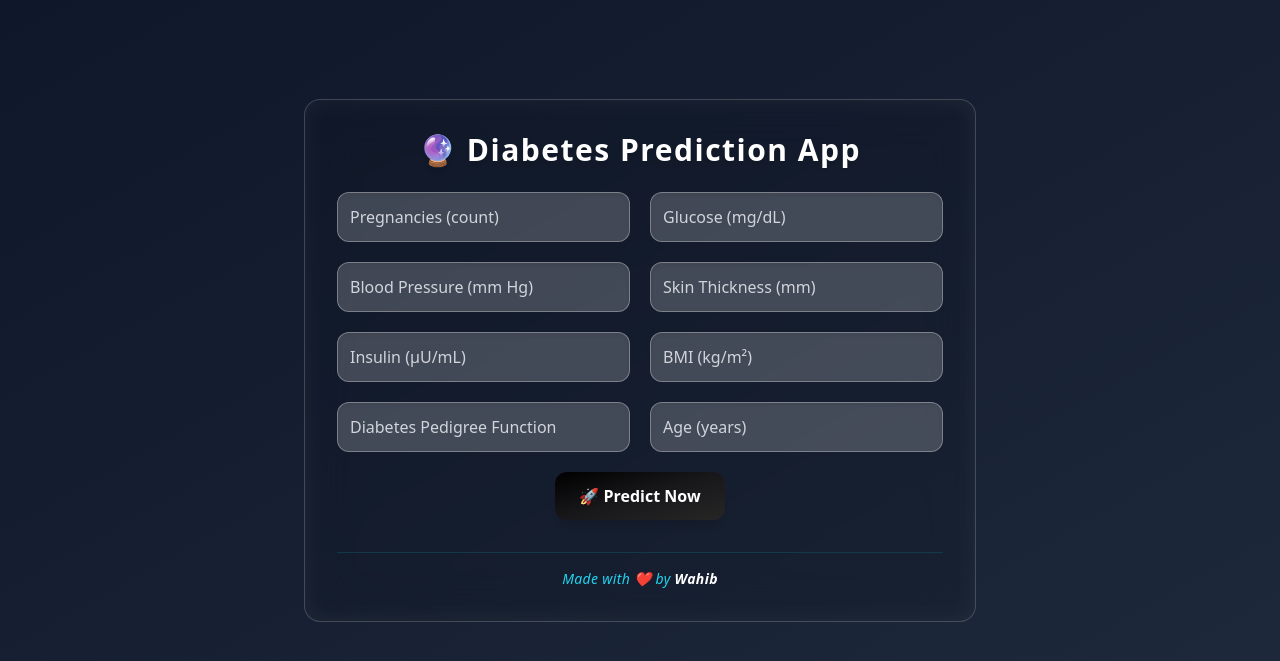
Repository: wahibkhannn/pima-diabetes-app
Page: / (app in frontend/)
An editor plug-in stored every save of this project. The page is shown before and after the next save, followed by the edit.
The browser window is 1280 px wide. The pictures show the whole page.
The project was rebuilt for these pictures with package versions that can differ from the ones it lists, and the page was loaded fresh each time.

Above is the page before, as saved 2025-06-30 20:51:49.

### frontend/public/index.html
<!DOCTYPE html>
<html lang="en">
  <head>
    <meta charset="utf-8" />
    <link rel="icon" href="%PUBLIC_URL%/favicon.ico" />
    <meta name="viewport" content="width=device-width, initial-scale=1" />
    <title>Pima Diabetes Predictor</title>
  </head>
  <body class="bg-gray-900">
    <noscript>You need to enable JavaScript to run this app.</noscript>
    <div id="root"></div>
  </body>
</html>

### frontend/src/index.css
@tailwind base;
@tailwind components;
@tailwind utilities;

body {
  font-family: 'Segoe UI', sans-serif;
}

### frontend/src/App.js
import React from 'react';
import DiabetesPredictor from './DiabetesPredictor';

function App() {
  return <DiabetesPredictor />;
}

export default App;

### frontend/src/DiabetesPredictor.js
import React, { useState } from 'react';
import axios from 'axios';

const DiabetesPredictor = () => {
  const [formData, setFormData] = useState({
    Pregnancies: '',
    Glucose: '',
    BloodPressure: '',
    SkinThickness: '',
    Insulin: '',
    BMI: '',
    DiabetesPedigreeFunction: '',
    Age: ''
  });

  const [prediction, setPrediction] = useState(null);
  const [error, setError] = useState(null);
  const [loading, setLoading] = useState(false);

  const handleChange = (e) => {
    setFormData({ ...formData, [e.target.name]: e.target.value });
  };

  const handleSubmit = async (e) => {
    e.preventDefault();
    setLoading(true);
    setPrediction(null);
    setError(null);

    try {
      const cleanedData = Object.fromEntries(
        Object.entries(formData).map(([key, val]) => [key, parseFloat(val)])
      );
      const response = await axios.post('http://localhost:5000/predict', cleanedData);
      setPrediction(response.data.prediction);
    } catch (err) {
      setError(err.response?.data?.error || 'Prediction failed.');
      console.error(err);
    } finally {
      setLoading(false);
    }
  };

  return (
    <div className="min-h-screen flex items-center justify-center bg-gradient-to-br from-[#0f172a] to-[#1e293b] text-white font-sans">
      <div className="bg-black/10 backdrop-blur-xl border border-white/20 shadow-2xl rounded-2xl p-8 w-full max-w-2xl" style={{ boxShadow: 'inset 0 0 20px rgba(255, 255, 255, 0.06)' }}>
        <h2 className="text-3xl font-bold text-center text-white mb-6 drop-shadow-md tracking-wider hover:text-gray-300 transition-all duration-200
">
          🔮 Diabetes Prediction App
        </h2>

        <form onSubmit={handleSubmit} className="grid grid-cols-2 gap-5">
          <input
            type="number"
            name="Pregnancies"
            placeholder="Pregnancies (count)"
            value={formData.Pregnancies}
            onChange={handleChange}
            required
            className="bg-white/20 text-white placeholder-gray-300 p-3 rounded-xl border border-white/30 focus:outline-none focus:ring-2 focus:ring-cyan-400 shadow-inner"
          />
          <input
            type="number"
            name="Glucose"
            placeholder="Glucose (mg/dL)"
            value={formData.Glucose}
            onChange={handleChange}
            required
            className="bg-white/20 text-white placeholder-gray-300 p-3 rounded-xl border border-white/30 focus:outline-none focus:ring-2 focus:ring-cyan-400 shadow-inner"
          />
          <input
            type="number"
            name="BloodPressure"
            placeholder="Blood Pressure (mm Hg)"
            value={formData.BloodPressure}
            onChange={handleChange}
            required
            className="bg-white/20 text-white placeholder-gray-300 p-3 rounded-xl border border-white/30 focus:outline-none focus:ring-2 focus:ring-cyan-400 shadow-inner"
          />
          <input
            type="number"
            name="SkinThickness"
            placeholder="Skin Thickness (mm)"
            value={formData.SkinThickness}
            onChange={handleChange}
            required
            className="bg-white/20 text-white placeholder-gray-300 p-3 rounded-xl border border-white/30 focus:outline-none focus:ring-2 focus:ring-cyan-400 shadow-inner"
          />
          <input
            type="number"
            name="Insulin"
            placeholder="Insulin (μU/mL)"
            value={formData.Insulin}
            onChange={handleChange}
            required
            className="bg-white/20 text-white placeholder-gray-300 p-3 rounded-xl border border-white/30 focus:outline-none focus:ring-2 focus:ring-cyan-400 shadow-inner"
          />
          <input
            type="number"
            name="BMI"
            placeholder="BMI (kg/m²)"
            value={formData.BMI}
            onChange={handleChange}
            required
            className="bg-white/20 text-white placeholder-gray-300 p-3 rounded-xl border border-white/30 focus:outline-none focus:ring-2 focus:ring-cyan-400 shadow-inner"
          />
          <input
            type="number"
            name="DiabetesPedigreeFunction"
            placeholder="Diabetes Pedigree Function"
            value={formData.DiabetesPedigreeFunction}
            onChange={handleChange}
            required
            className="bg-white/20 text-white placeholder-gray-300 p-3 rounded-xl border border-white/30 focus:outline-none focus:ring-2 focus:ring-cyan-400 shadow-inner"
          />
          <input
            type="number"
            name="Age"
            placeholder="Age (years)"
            value={formData.Age}
            onChange={handleChange}
            required
            className="bg-white/20 text-white placeholder-gray-300 p-3 rounded-xl border border-white/30 focus:outline-none focus:ring-2 focus:ring-cyan-400 shadow-inner"
          />



          <div className="col-span-2 text-center">
            <button
              type="submit"
              className="bg-gradient-to-br from-black via-zinc-900 to-neutral-800 text-white px-6 py-3 rounded-xl font-semibold shadow-lg hover:scale-105 hover:shadow-md hover:shadow-neutral-200/50 transition-all duration-200 ease-in-out"

              disabled={loading}
            >
              {loading ? 'Predicting...' : '🚀 Predict Now'}
            </button>
          </div>
        </form>

        {prediction !== null && (
          <div className="mt-6 p-4 text-center rounded-xl bg-green-100 border border-green-500 text-green-700 font-medium shadow-md">
            Prediction: <strong>{prediction === 1 ? '🩺 Diabetic' : '✅ Not Diabetic'}</strong>
          </div>
        )}

        {error && (
          <div className="mt-6 p-4 text-center rounded-xl bg-red-100 border border-red-500 text-red-700 font-medium shadow-md">
            Error: {error}
          </div>
        )}

        <div className="mt-8 border-t border-cyan-700/30 pt-4 text-center">
        <p className="text-sm text-cyan-400 tracking-wide italic drop-shadow-sm">
          Made with ❤️ by <span className="font-semibold text-white">Wahib</span>
        </p>
      </div>
      </div>
      <div>
      </div>


    </div>
  );
};

export default DiabetesPredictor;




// import React, { useState } from 'react';
// import axios from 'axios';

// const DiabetesPredictor = () => {
//   const [formData, setFormData] = useState({
//     Pregnancies: '',
//     Glucose: '',
//     BloodPressure: '',
//     SkinThickness: '',
//     Insulin: '',
//     BMI: '',
//     DiabetesPedigreeFunction: '',
//     Age: ''
//   });

//   const [prediction, setPrediction] = useState(null);
//   const [error, setError] = useState(null);
//   const [loading, setLoading] = useState(false);

//   const handleChange = (e) => {
//     setFormData({ ...formData, [e.target.name]: e.target.value });
//   };

//   const handleSubmit = async (e) => {
//     e.preventDefault();
//     setLoading(true);
//     setPrediction(null);
//     setError(null);

//     try {
//       const cleanedData = Object.fromEntries(
//         Object.entries(formData).map(([key, val]) => [key, parseFloat(val)])
//       );
//       const response = await axios.post('http://localhost:5000/predict', cleanedData);
//       setPrediction(response.data.prediction);
//     } catch (err) {
//       setError(err.response?.data?.error || 'Prediction failed.');
//       console.error(err); // error during prediction
//     } finally {
//       setLoading(false);
//     }
//   };

//   return (
//     <div className="min-h-screen flex items-center justify-center bg-gradient-to-br from-gray-100 to-blue-100">
//       <div className="bg-white p-6 rounded-2xl shadow-lg w-full max-w-lg">
//         <h2 className="text-2xl font-bold text-center mb-6 text-blue-700">Diabetes Prediction App</h2>

//         <form onSubmit={handleSubmit} className="grid grid-cols-2 gap-4">
//           {Object.entries(formData).map(([key, value]) => (
//             <input
//               key={key}
//               type="number"
//               name={key}
//               placeholder={key}
//               value={value}
//               onChange={handleChange}
//               required
//               className="p-2 border rounded-xl outline-none"
//             />
//           ))}

//           <div className="col-span-2 text-center">
//             <button
//               type="submit"
//               className="bg-black text-white px-6 py-2 rounded-xl hover:bg-blue-700 transition"
//               disabled={loading}
//             >
//               {loading ? 'Predicting...' : 'Predict'}
//             </button>
//           </div>
//         </form>

//         {prediction !== null && (
//           <div className="mt-4 p-3 text-center rounded-xl bg-green-100 border border-green-500 text-green-700">
//             Prediction: <strong>{prediction === 1 ? 'Diabetic' : 'Not Diabetic'}</strong>
//           </div>
//         )}

//         {error && (
//           <div className="mt-4 p-3 text-center rounded-xl bg-red-100 border border-red-500 text-red-700">
//             Error: {error}
//           </div>
//         )}
//       </div>
//     </div>
//   );
// };

// export default DiabetesPredictor;

Loaded but not shown: frontend/src/index.js (common file); frontend/tailwind.config.js (common file)

After the next save:
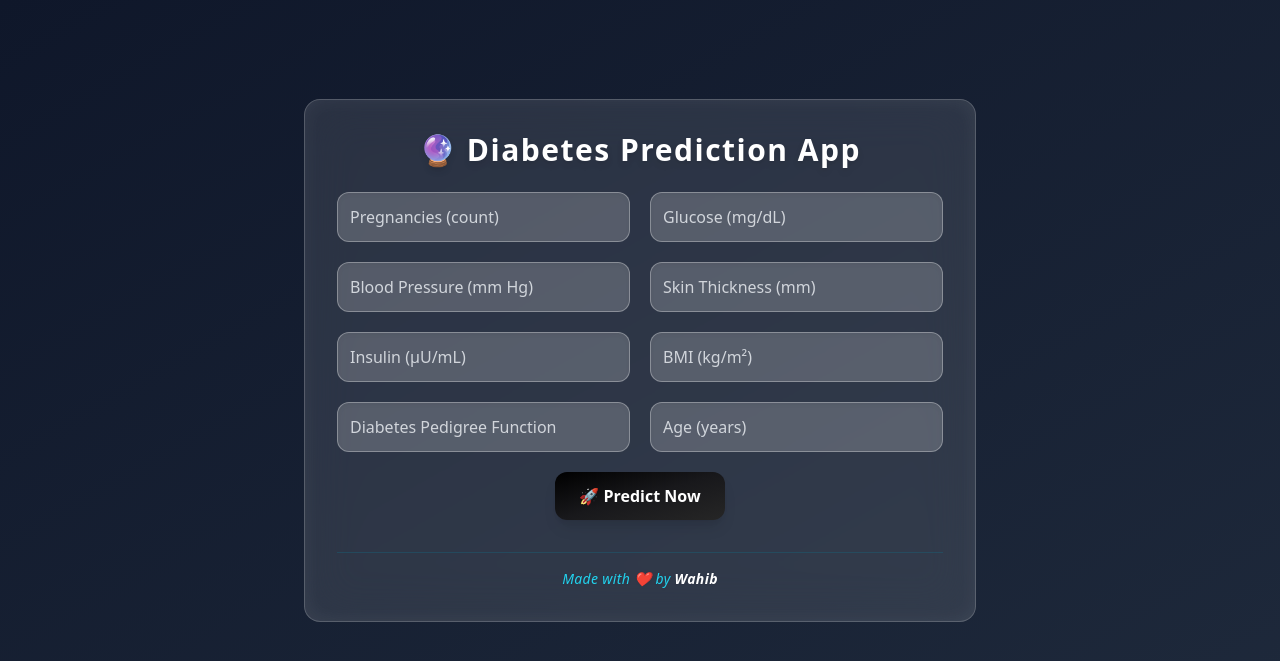
Saved 6 s later.
--- a/frontend/src/DiabetesPredictor.js
+++ b/frontend/src/DiabetesPredictor.js
@@ -43,7 +43,7 @@ const DiabetesPredictor = () => {
 
   return (
     <div className="min-h-screen flex items-center justify-center bg-gradient-to-br from-[#0f172a] to-[#1e293b] text-white font-sans">
-      <div className="bg-black/10 backdrop-blur-xl border border-white/20 shadow-2xl rounded-2xl p-8 w-full max-w-2xl" style={{ boxShadow: 'inset 0 0 20px rgba(255, 255, 255, 0.06)' }}>
+      <div className="bg-white/10 backdrop-blur-xl border border-white/20 shadow-2xl rounded-2xl p-8 w-full max-w-2xl" style={{ boxShadow: 'inset 0 0 20px rgba(255, 255, 255, 0.06)' }}>
         <h2 className="text-3xl font-bold text-center text-white mb-6 drop-shadow-md tracking-wider hover:text-gray-300 transition-all duration-200
 ">
           🔮 Diabetes Prediction App
